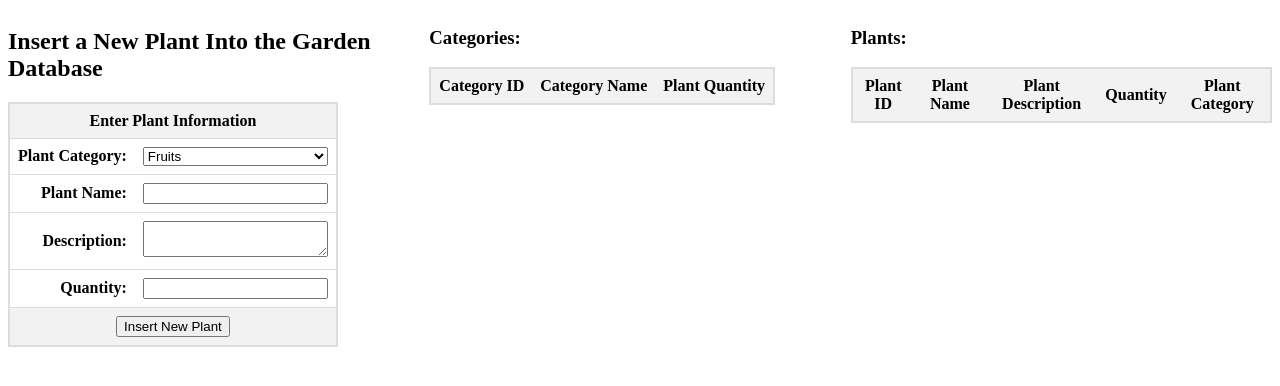
Repository: bkyncl/csd-430
Page: http://localhost/kyncl_08/form.jsp
These files come from the project's save history. The page is drawn as it stood at one moment and after the next save; the edit follows.
The browser window is 1280 px wide. The pictures show the whole page.
The page is served by Tomcat 9. Other server files are loaded and not shown. The template is opened directly, without the code that normally fills it, so the values that code supplies are empty.

Above is the page before, as saved 2023-07-04 09:02:15.

### kyncl_08/src/main/webapp/form.jsp
<%@ page language="java" contentType="text/html; charset=ISO-8859-1"
    pageEncoding="ISO-8859-1"%>
<%@ taglib prefix="c" uri="http://java.sun.com/jsp/jstl/core" %>
<!DOCTYPE html>
<html>
<head>
<meta charset="ISO-8859-1">
<title>Insert Records Form</title>
<style>
    table {
        border-collapse: collapse;
        border: 2px solid #ddd;
    }
    th, td {
        padding: 8px;
        text-align: left;
        border-bottom: 1px solid #ddd;
    }
    th {
        background-color: #f2f2f2;
        text-align: center;
    }
    td.label-cell {
        text-align: right;
        font-weight: bold;
    }
    input[type="text"],
    input[type="number"],
    textarea,
    select {
        width: 100%;
        box-sizing: border-box;
    }
    #button-container {
        text-align: center;
        background-color: #f2f2f2;
    }
    #button {
        display: inline-block;
    }
    .form-container {
        display: flex;
        flex-wrap: wrap;
    }

    .form-container > div {
        flex: 1 1 100%;
    }

    @media screen and (min-width: 768px) {
        .form-container > div {
            flex: 1 1 30%;
        }
    }
</style>
</head>
<body>
<div class="form-container">
	<div>
		<h2>Insert a New Plant Into the Garden Database</h2>
		<form action="<%=request.getContextPath()%>/plants?action=insert" method="POST">
		    <table>
		        <tr>
		            <th colspan="3">Enter Plant Information</th>
		        </tr>
		        <tr>
		            <td class="label-cell">
		                <label for="categoryId">Plant Category:</label>
		            </td>
		            <td colspan="2">
		                <select name="categoryId" id="category">
		                    <option value="1">Fruits</option>
		                    <option value="2">Vegetables</option>
		                    <option value="3">Herbs</option>
		                </select>
		            </td>
		        </tr>
		        <tr>
		            <td class="label-cell">
		                <label for="name">Plant Name:</label>
		            </td>
		            <td colspan="2">
		                <input type="text" name="plantName" id="name" required maxlength="50">
		            </td>
		        </tr>
		        <tr>
		            <td class="label-cell">
		                <label for="description">Description:</label>
		            </td>
		            <td colspan="2">
		                <textarea name=plantDescription id="description" maxlength="200"></textarea>
		            </td>
		        </tr>
		        <tr>
		            <td class="label-cell">
		                <label for="quantity">Quantity:</label>
		            </td>
		            <td colspan="2">
		                <input type="number" name="quantity" id="quantity" required pattern="[0-9]+">
		            </td>
		        </tr>
		        <tr>
		            <td colspan="3" id="button-container">
		            	<input type="hidden" name="action" value="result">
		                <input id="button" type="submit" value="Insert New Plant">
		            </td>
		        </tr>
		    </table>
		</form>
	</div>
	<div>
		<h3>Categories:</h3>
		<table>
		    <tr>
		        <th>Category ID</th>
		        <th>Category Name</th>
		        <th>Plant Quantity</th>
		    </tr>
		    <c:forEach var="category" items="${categories}">
		        <tr>
		            <td>${category.categoryId}</td>
		            <td>${category.categoryName}</td>
		            <td>${category.plantCount}</td>
		        </tr>
		    </c:forEach>
		</table>
	</div>
	<div>
		<!-- Display the list of plants -->
	    <h3>Plants:</h3>
	    <table>
	        <tr>
	            <th>Plant ID</th>
	            <th>Plant Name</th>
	            <th>Plant Description</th>
	            <th>Quantity</th>
	            <th>Plant Category</th>
	        </tr>
	        <c:forEach var="plant" items="${plants}">
	            <tr>
	            	<td>${plant.plantId}</td>
	                <td>${plant.plantName}</td>
	                <td>${plant.plantDescription}</td>
	                <td>${plant.quantity}</td>
	                <td>
	                <c:forEach var="category" items="${categories}">
	                    <c:if test="${category.categoryId eq plant.categoryId}">
	                        ${category.categoryName}
	                    </c:if>
	                </c:forEach>
	            </td>
	            </tr>
	        </c:forEach>
	    </table>
	</div>
</div>
</body>
</html>

After the next save:
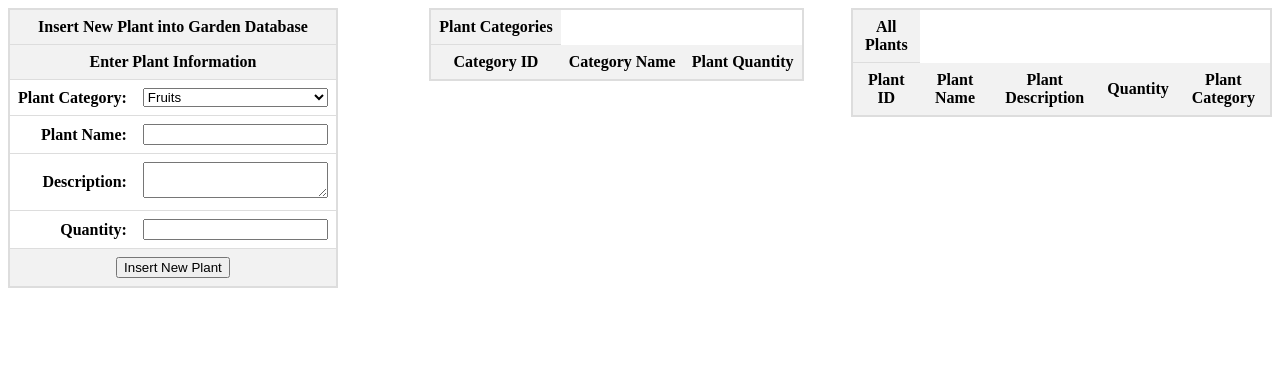
Saved 2 min 26 s later.
--- a/kyncl_08/src/main/webapp/form.jsp
+++ b/kyncl_08/src/main/webapp/form.jsp
@@ -57,9 +57,11 @@
 <body>
 <div class="form-container">
 	<div>
-		<h2>Insert a New Plant Into the Garden Database</h2>
 		<form action="<%=request.getContextPath()%>/plants?action=insert" method="POST">
 		    <table>
+		    	<tr>
+		            <th colspan="3">Insert New Plant into Garden Database</th>
+		        </tr>
 		        <tr>
 		            <th colspan="3">Enter Plant Information</th>
 		        </tr>
@@ -109,8 +111,10 @@
 		</form>
 	</div>
 	<div>
-		<h3>Categories:</h3>
 		<table>
+			<tr>
+				<th>Plant Categories</th>
+			</tr>
 		    <tr>
 		        <th>Category ID</th>
 		        <th>Category Name</th>
@@ -127,8 +131,10 @@
 	</div>
 	<div>
 		<!-- Display the list of plants -->
-	    <h3>Plants:</h3>
 	    <table>
+	    	<tr>
+				<th>All Plants</th>
+			</tr>
 	        <tr>
 	            <th>Plant ID</th>
 	            <th>Plant Name</th>
